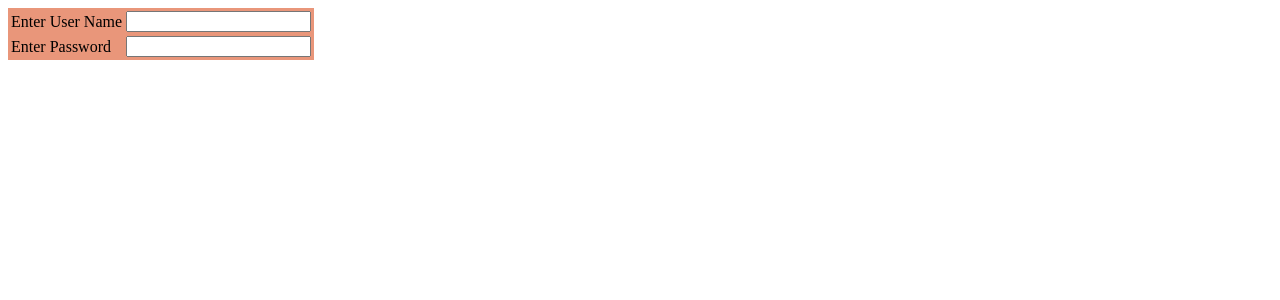
Repository: Pramila0526/LoginRegistrationUsingFilters
Page: http://localhost/LoginAndRegistration/login.jsp
An editor plug-in stored every save of this project. The page is shown before and after the next save, followed by the edit.
The browser window is 1280 px wide. The pictures show the whole page.
The page is served by Tomcat 9. Other server files are loaded and not shown.

Above is the page before, as saved 2019-12-26 11:30:29.

### LoginAndRegistration/WebContent/login.jsp
<%@ page language="java" contentType="text/html; charset=UTF-8"
	pageEncoding="UTF-8"%>
<!DOCTYPE html>
<html>
<head>
<meta charset="UTF-8">
<title>Insert title here</title>
</head>
<body>
	<form action="Login" method="post">
		<table style="background-color: DarkSalmon;">
			<tr>
				<td>Enter User Name</td>
				<td><input type="text" name="userName"></td>
			</tr>
			<tr>
				<td>Enter Password</td>
				<td><input type="text" name="password"></td>
			</tr>
		</table>
	</form>
</body>
</html>

After the next save:
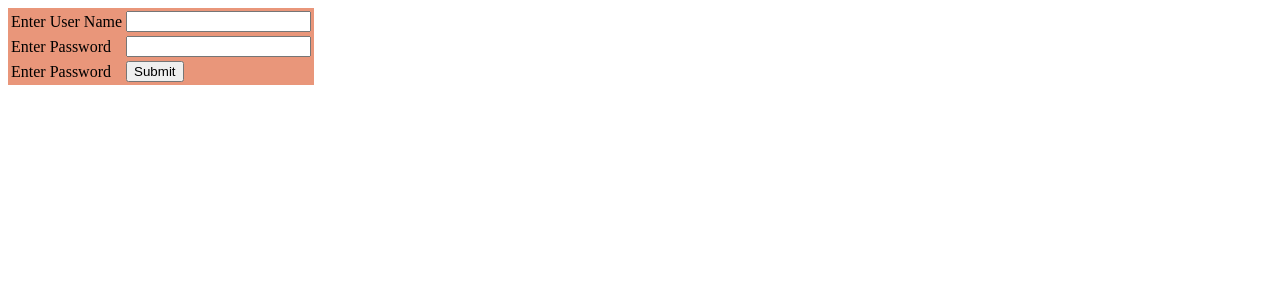
Saved 73 s later.
--- a/LoginAndRegistration/WebContent/login.jsp
+++ b/LoginAndRegistration/WebContent/login.jsp
@@ -17,6 +17,11 @@
 				<td>Enter Password</td>
 				<td><input type="text" name="password"></td>
 			</tr>
+
+			<tr>
+				<td>Enter Password</td>
+				<td><input type="submit" name="Login"></td>
+			</tr>
 		</table>
 	</form>
 </body>
